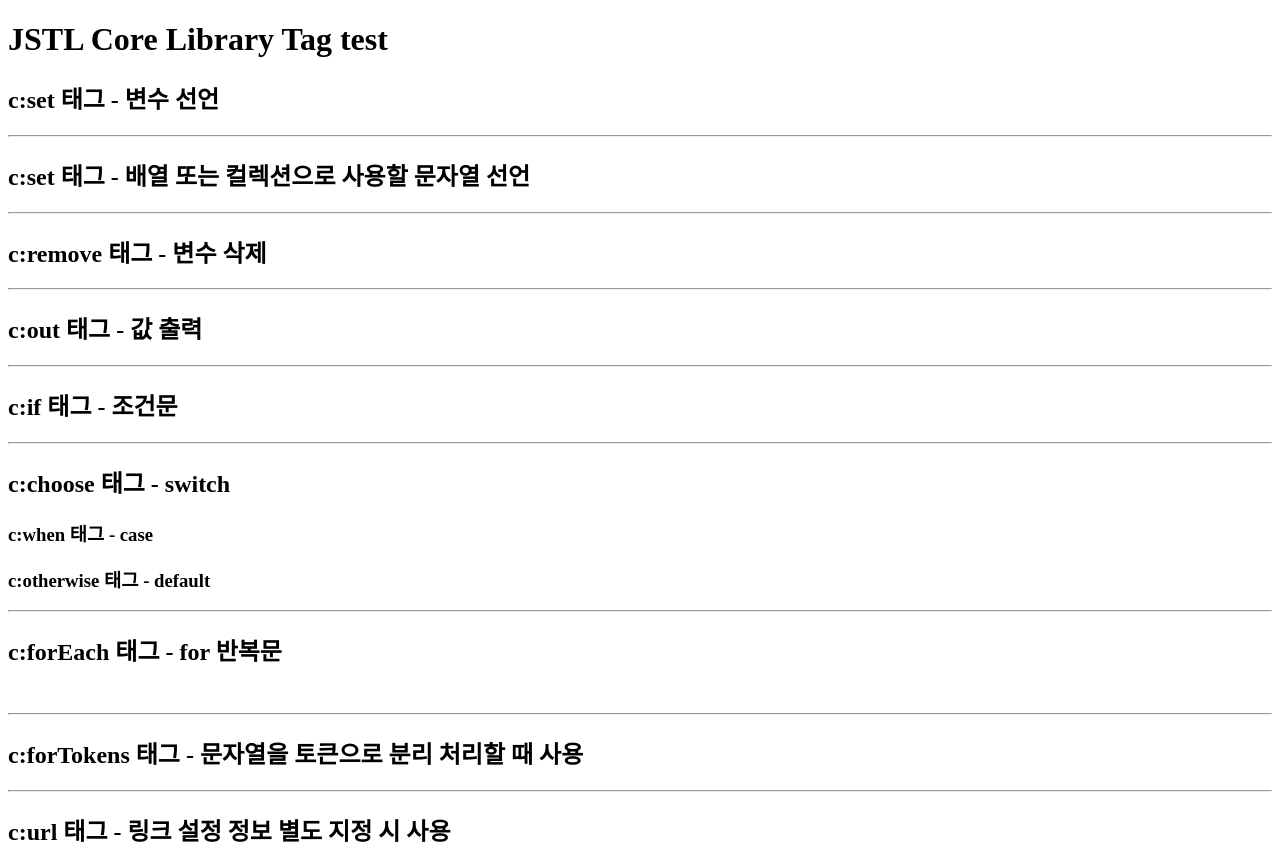
Repository: Joehyunhee/06_jsp
Page: http://localhost/chap02-el-jstl/views/jstl/testJstlCore.jsp
These files come from the project's save history. The page is drawn as it stood at one moment and after the next save; the edit follows.
The browser window is 1280 px wide. The pictures show the whole page.
The page is served by Tomcat 10.

Above is the page before, as saved 2024-06-10 06:37:56.

After the next save:
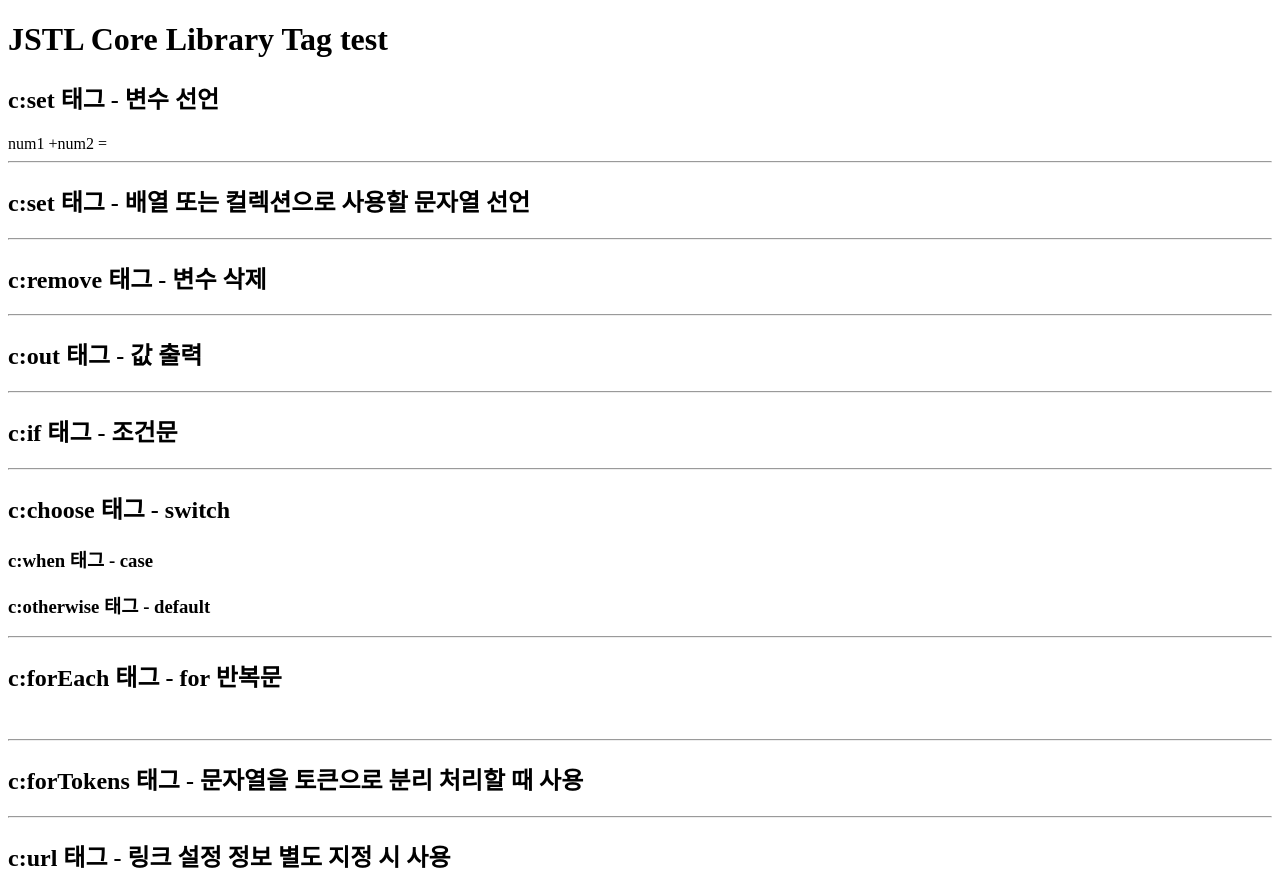
Saved 47 s later.
--- a/chap02-el-jstl/src/main/webapp/views/jstl/testJstlCore.jsp
+++ b/chap02-el-jstl/src/main/webapp/views/jstl/testJstlCore.jsp
@@ -17,6 +17,7 @@
 	<%-- c:set으로 선언한 변수는 스크립팅 요소에서 사용 불가하다. --%>
 	<%-- 	<% int sum = num1 + num2 %>--%>
 	<c:set var="sum" value="${num1+num2}"/>
+	num1 +num2 = ${sum} <br>
 	<%-- el을 활용하기 위해서는 스크립팅 요소를 value 속성으로 지정한 c:set 태그가 필요하다. --%>
 
 	<hr>
